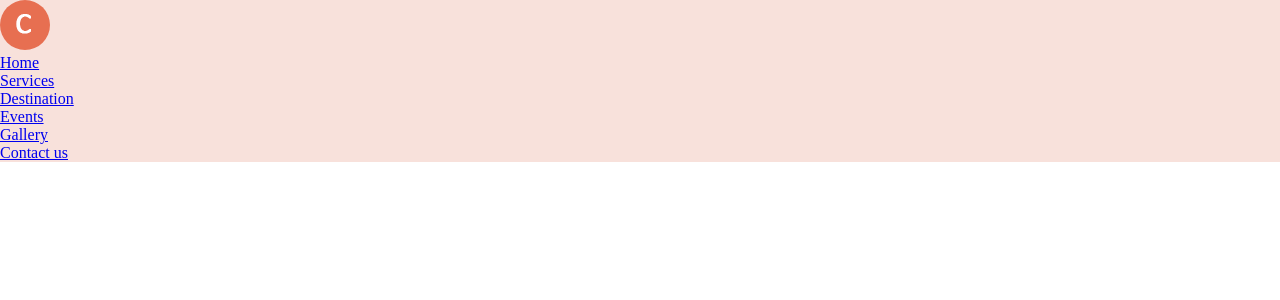
Repository: giahuy405/BC38_Camping_Pham_Gia_Huy
Page: index.html
These files come from the project's save history. The page is drawn as it stood at one moment and after the next save; the edit follows.
The browser window is 1280 px wide. The pictures show the whole page.

Above is the page before, as saved 2022-09-10 21:04:49.

After the next save:
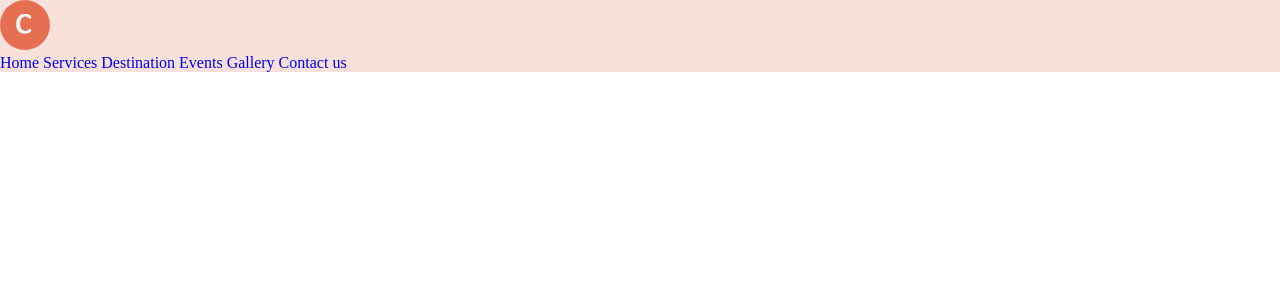
Saved 28 s later.
--- a/css/index.css
+++ b/css/index.css
@@ -12,3 +12,12 @@
 header{
     background-color: #f8e1db;
 }
+nav ul{
+    list-style: none;
+}
+nav li{
+    display: inline;
+}
+nav a{
+    text-decoration: none;
+}
